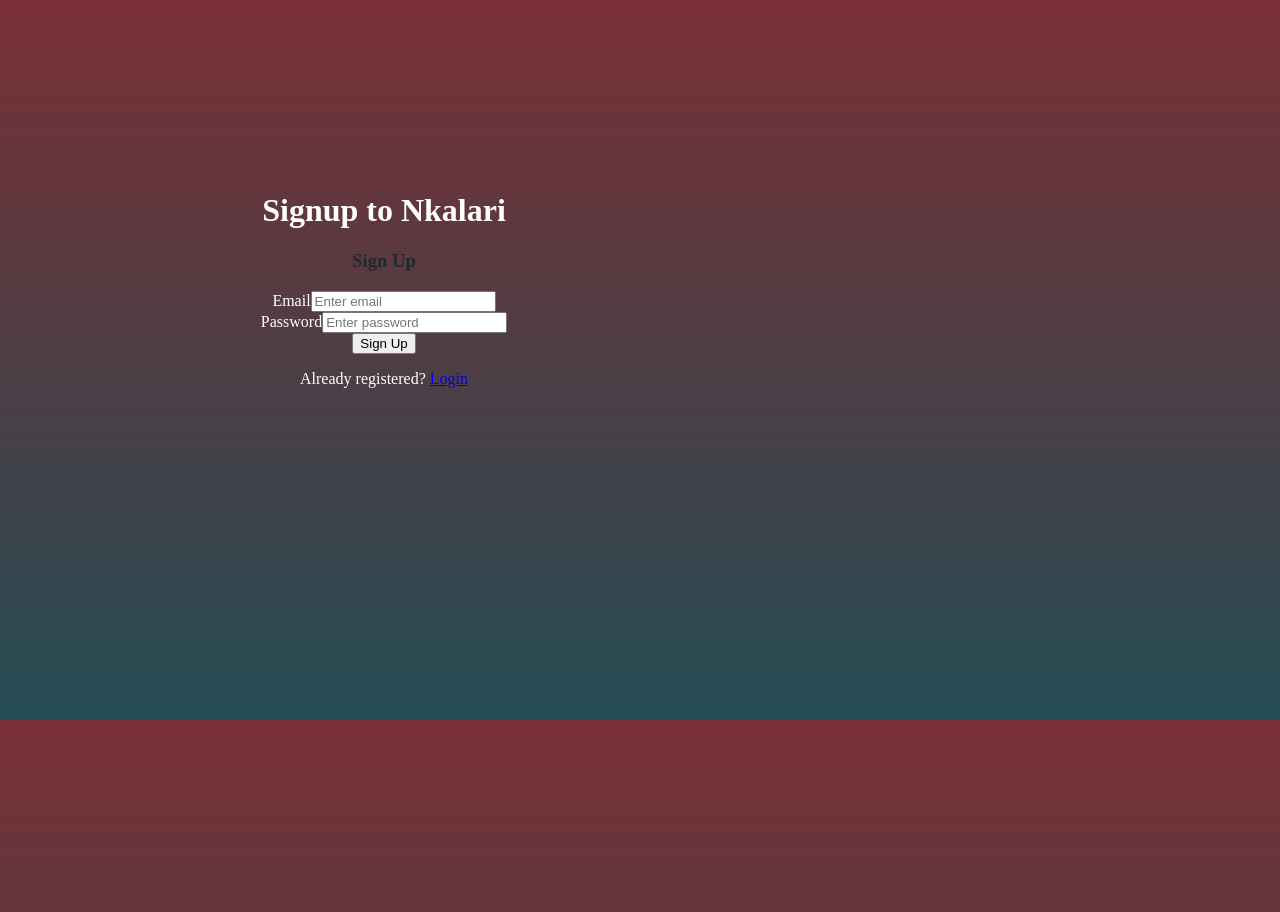
Repository: jagan607/N-Kalari
Page: /
An editor plug-in stored every save of this project. The page is shown before and after the next save, followed by the edit.
The browser window is 1280 px wide. The pictures show the whole page.
The project was rebuilt for these pictures with package versions that can differ from the ones it lists, and the page was loaded fresh each time. Also part of the build but not shown: src/App.css, src/components/wallet/index.css, src/services/user.service.js, src/actions/user.action.js, src/components/wallet/Wallet.js, src/helpers/firebase.js, src/components/Login/Login.js. Imported but missing from the stored project, and not drawn on this page: src/constants/user.constants, src/reducers/rootReducer.

Above is the page before, as saved 2022-01-08 21:33:43.

### src/index.css
body,
html,
.App,
#root,
.main {
  width: 100%;
  height:100%;
  scroll-behavior: smooth;

}
body{
    margin: 0;
    padding: 0;
    text-align: center;
    background-image: linear-gradient(#7A2F35, #234C54);
  }

### src/App.js
import logo from './logo.svg';
import './App.css';
import React, { Component } from "react"
import Login from './components/Login/Login'
import {Wallet} from './components/wallet/Wallet'
import {history} from './helpers/history'
import {Router, Route, Routes } from "react-router-dom";
import Signup from './components/signup/Signup'

class App extends Component {
  constructor(props) {
    super(props);
  }

  render() {
    return(
      <div>
        {/* <Login></Login> */}
        <Signup></Signup>
        {/* <Wallet></Wallet> */}

          {/* <Route exact path="/">
          </Route> */}
          {/* <Route exact path="/wallet">
            <Wallet/>
          </Route> */}
     </div>
    );
}
}

export default App;

### src/helpers/store.js
import { createStore, applyMiddleware, compose } from "redux";
import thunkMiddleware from "redux-thunk";
import { createLogger } from "redux-logger";
import rootReducer from "./../reducers/rootReducer";


const composeEnhancers = window.__REDUX_DEVTOOLS_EXTENSION_COMPOSE__ || compose;

const loggerMiddleware = createLogger();

export const store = createStore(
  rootReducer,
  composeEnhancers(applyMiddleware(thunkMiddleware, loggerMiddleware))
);

### src/components/signup/Signup.js
import React, { Component } from "react"

class Signup extends Component{
    constructor(props){
        super(props);

    }


render(){
    return(
        <div className="login-input-section">
        <h1 className="Login-heading">Signup to Nkalari</h1>
        <form >
              <h3 style={{ color: "#222831" }}>Sign Up</h3>

              <div className="form-group">
                <label>Email</label>
                <input
                  type="email"
                  name="email"
                  className="form-control"
                  placeholder="Enter email"

                  noValidate
                />

              </div>

              <div className="form-group">
                <label>Password</label>
                <input
                  name="password"
                  className="form-control"
                  placeholder="Enter password"

                  noValidate
                />

              </div>

              <button type="submit" className="btn btn-light">
                Sign Up
              </button>
              <p className="forgot-password text-right">
                Already registered? <a href="/login">Login</a>
              </p>
            </form>
            </div>
    );
}
}

export default Signup;

### src/components/Login/index.css

.login-input-section{
    width: 60%;
    height: 100%;
    color: white;
    margin-top: 15%;
    margin-left: 0;
}

.mobile-input{
    height: 40px;
    background-color: #234C54;
    opacity: 0.6;
    border-radius: 3px;
    border :none;
}

.btn-signin{
    width: 6rem;
    height: 2rem;
    background: #384BF5;
    border-radius: 4px;
    color: white;
    border: none;
    max-width: 100%;
    margin-top: 2%;

}

Loaded but not shown: public/index.html (common file); src/index.js (common file); src/reportWebVitals.js (common file); src/helpers/history.js (common file)

After the next save:
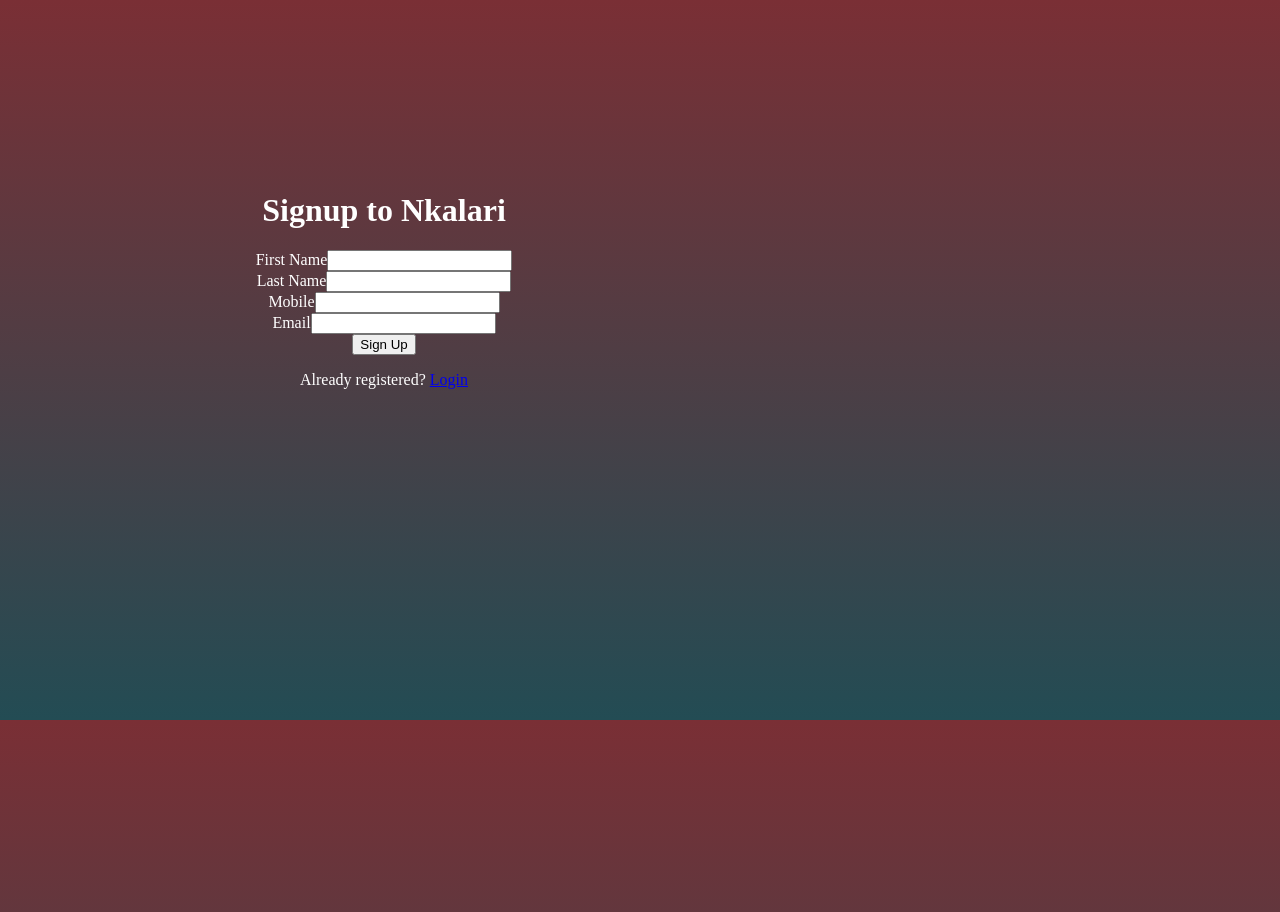
Saved 2 min 24 s later.
--- a/src/components/signup/Signup.js
+++ b/src/components/signup/Signup.js
@@ -12,7 +12,41 @@
         <div className="login-input-section">
         <h1 className="Login-heading">Signup to Nkalari</h1>
         <form >
-              <h3 style={{ color: "#222831" }}>Sign Up</h3>
+
+        <div className="form-group">
+                <label>First Name</label>
+                <input
+                  type="text"
+                  name="first-name"
+                  className="form-control"
+                  placeholder=""
+
+                  noValidate
+                />
+
+              </div>
+
+              <div className="form-group">
+                <label>Last Name</label>
+                <input
+                  type="text"
+                  name="last-name"
+                  className="form-control"
+                  noValidate
+                />
+
+              </div>
+              <div className="form-group">
+                <label>Mobile</label>
+                <input
+                  name="mobile"
+                  className="form-control"
+                  placeholder=""
+
+                  noValidate
+                />
+
+              </div>
 
               <div className="form-group">
                 <label>Email</label>
@@ -20,24 +54,14 @@
                   type="email"
                   name="email"
                   className="form-control"
-                  placeholder="Enter email"
+                  placeholder=""
 
                   noValidate
                 />
 
               </div>
 
-              <div className="form-group">
-                <label>Password</label>
-                <input
-                  name="password"
-                  className="form-control"
-                  placeholder="Enter password"
 
-                  noValidate
-                />
-
-              </div>
 
               <button type="submit" className="btn btn-light">
                 Sign Up
